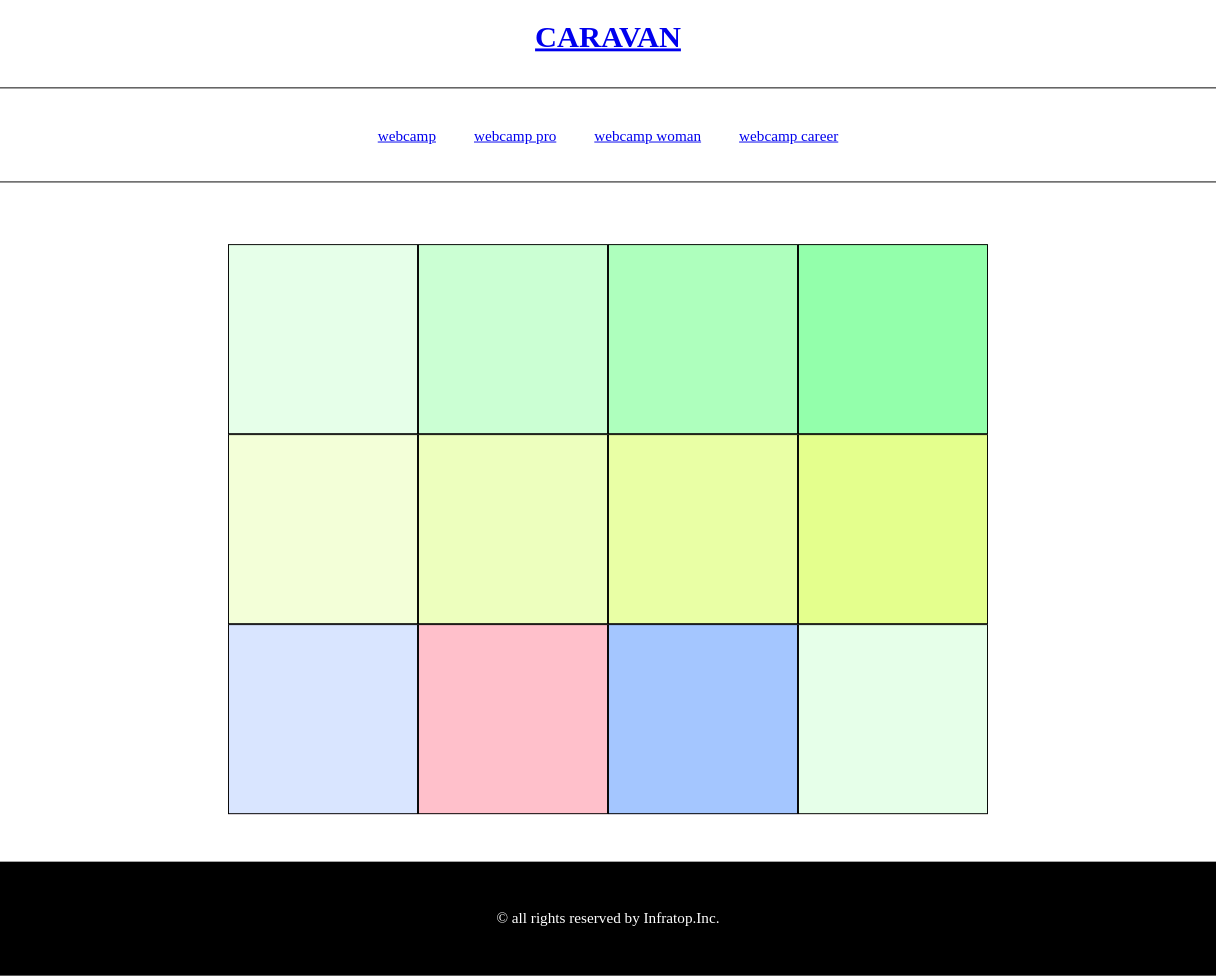
Repository: yukito7878/HTML-CSS-practice
Page: caravan/index5.html
The author's editor kept a record of every edit. The page is drawn from the files as they stood at one moment, then again after the next edit.
The browser window is 1280 px wide. The pictures show the whole page, at 95% of full size.

Above is the page before.

### caravan/index5.html
<html lang="ja">
  <head>
    <meta charset="UTF-8" />
    <!-- CSSファイルの読み込み -->
    <link rel="stylesheet" href="style5.css" />
    <title>CARAVAN</title>
  </head>

  <body>
    <!-- header用のdiv -->
    <div class="header">
      <h1><a href="#">CARAVAN</a></h1>
      <nav>
        <ul>
          <li><a href="#">webcamp</a></li>
          <li><a href="#">webcamp pro</a></li>
          <li><a href="#">webcamp woman</a></li>
          <li><a href="#">webcamp career</a></li>
        </ul>
      </nav>
    </div>

    <!-- main-visual用のdiv -->
    <div class="main-visual"></div>

    <div class="main">
      <div class="row">
        <div class="row0column0"></div>
        <div class="row0column1"></div>
        <div class="row0column2"></div>
        <div class="row0column3"></div>
      </div>
      <div class="row">
        <div class="row1column0"></div>
        <div class="row1column1"></div>
        <div class="row1column2"></div>
        <div class="row1column3"></div>
      </div>
      <div class="row">
        <div class="row2column0"></div>
        <div class="row2column1"></div>
        <div class="row2column2"></div>
        <div class="row2column3"></div>
      </div>
    </div>

    <footer class="footer">
      <a href="https://infratop.jp">© all rights reserved by Infratop.Inc. </a>
    </footer>

  </body>
</html>

### caravan/style5.css

*{
  margin: 0;
  padding: 0;
  box-sizing: border-box;
}

.header{
  display: flex;
  justify-content: center;
  flex-direction: column;
  margin: 0 auto;
}

.header h1{
  font-size: 32px;
  display: flex;
  justify-content: center;
  margin: 20px 0;
}

.header ul{
  display: flex;
  justify-content: center;
  text-align: center;
  margin: 15px 0;
  border-bottom: 1px solid black;
  border-top: 1px solid black;
  height: 100px;
  line-height: 100px
}

.header ul li{
  display: inline-block;
  margin: 0 20px;
  list-style: none;
}

.main{
  width: 800px;
  margin: 50px auto;
}

.row{
  height: 200px;
  width: 800px;
  background-color: pink;
  display: flex;
  justify-content: center;
}

.row div{
  height: 200px;
  width: 200px;
  border: 1px solid black;
}

.row0column0{
  background-color: #e6ffe9;
}
.row0column1{
  background-color: #cbffd3;
}
.row0column2{
  background-color: #aeffbd;
}
.row0column3{
  background-color: #93ffab;
}
.row1column0{
  background-color: #f3ffd8;
}
.row1column1{
  background-color: #edffbe;
}
.row1column2{
  background-color: #e9ffa5;
}
.row1column3{
  background-color: #e4ff8d;
}
.row2column0{
  background-color: #d9e5ff;
}
.row2olumn1{
  background-color: #bad3ff;
}
.row2column2{
  background-color: #a4c6ff;
}
.row2column3{
  background-color: #e6ffe9;
}
.row3column0{
  background-color: #e6ffe9;
}

.footer{
  display: flex;
  height: 120px;
  line-height: 120px;
  justify-content: center;
  text-align: center;
  background-color: black;
}

.footer a{
  text-decoration: none;
  color: white;
}

After the next edit:
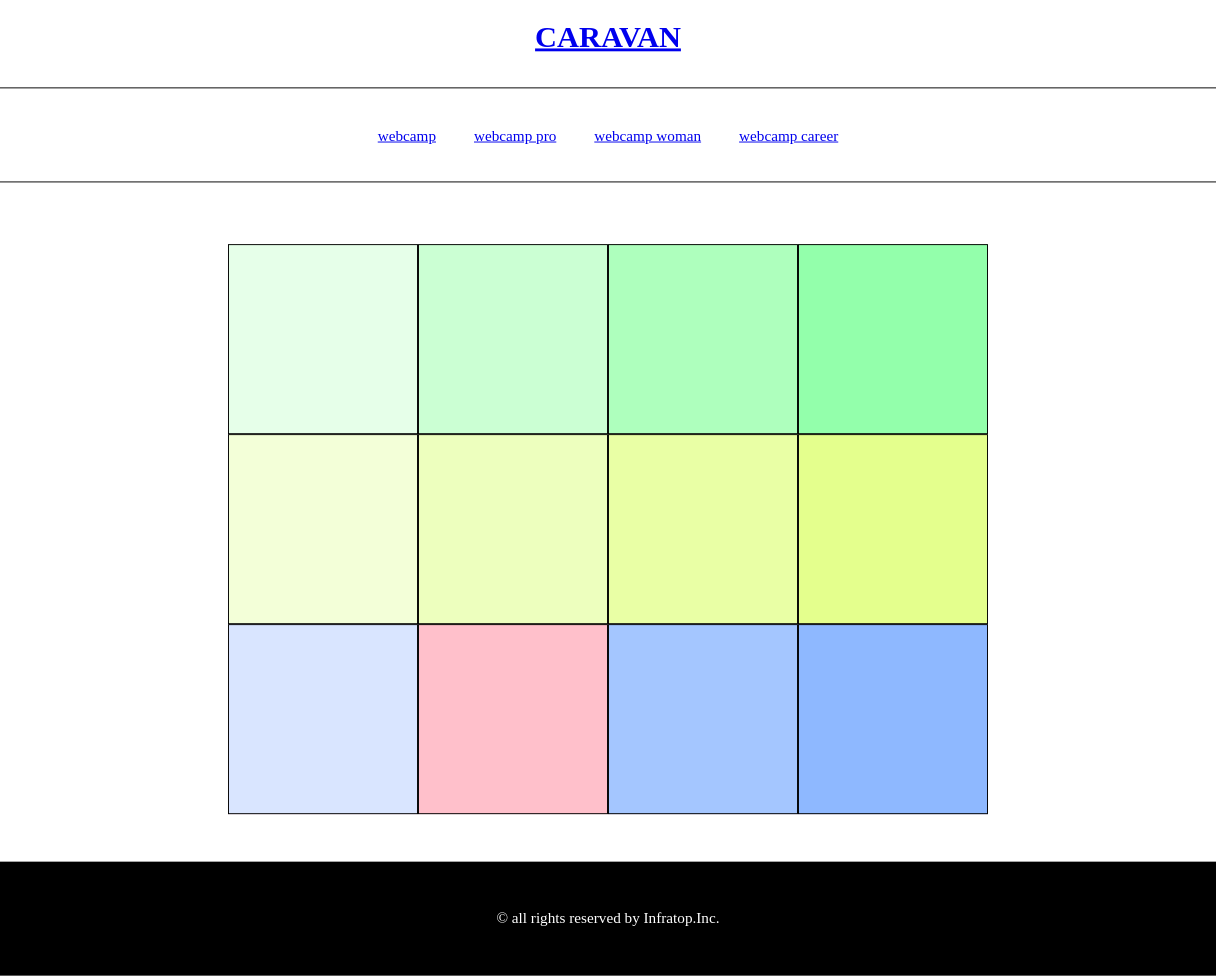
The edit:
--- a/caravan/style5.css
+++ b/caravan/style5.css
@@ -89,7 +89,7 @@
   background-color: #a4c6ff;
 }
 .row2column3{
-  background-color: #e6ffe9;
+  background-color: #8eb8ff;
 }
 .row3column0{
   background-color: #e6ffe9;
